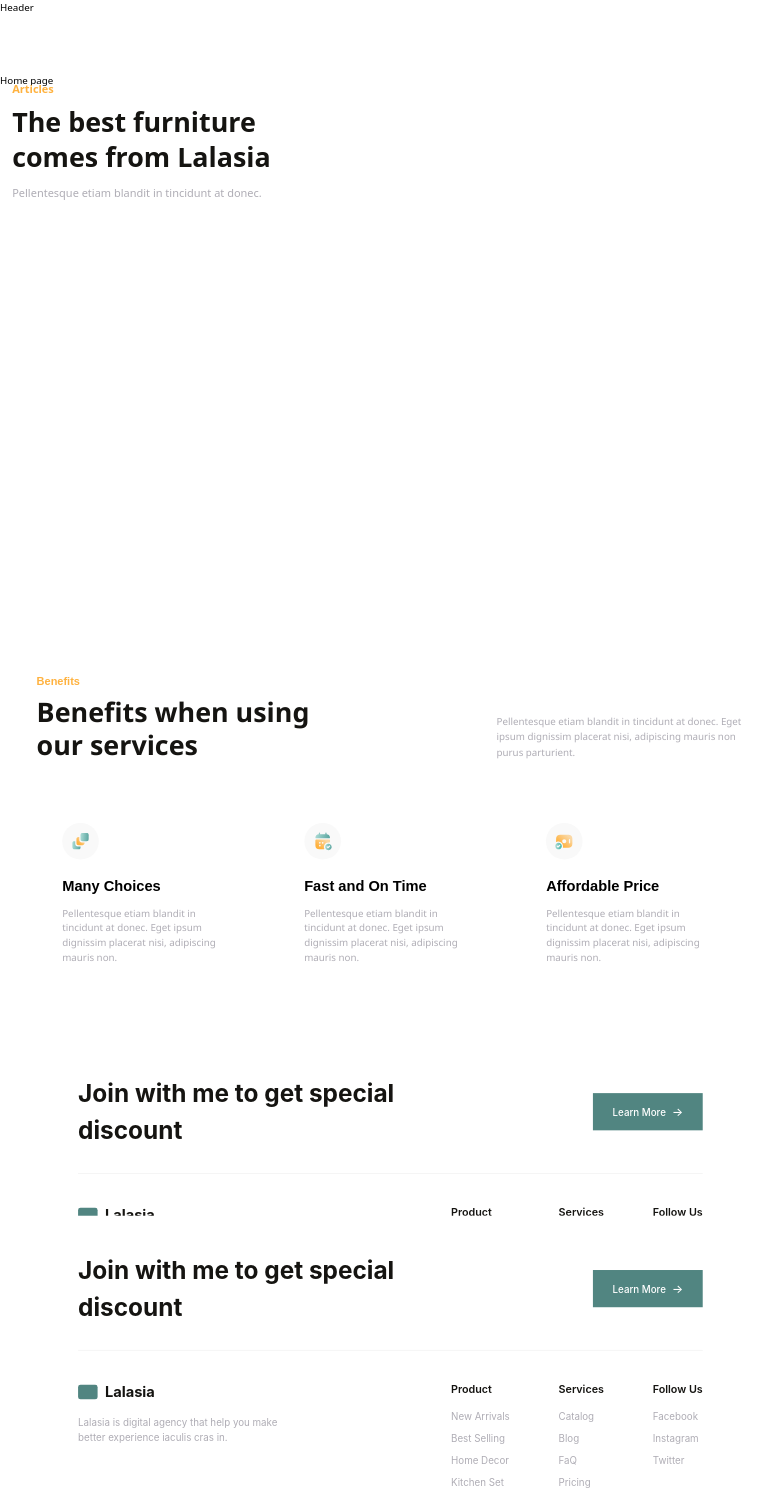
Repository: archis-academy/december-frontend-lalasia-2025
Page: /
These files come from the project's save history. The page is drawn as it stood at one moment and after the next save; the edit follows.
The browser window is 1280 px wide. The pictures show the whole page, at 61% of full size.
The page's requests for data from a server got no answer. Some web fonts or font styles are not loaded; a fallback is used. The project was rebuilt for these pictures with package versions that can differ from the ones it lists, and the page was loaded fresh each time. No one was signed in, and anything a server would have sent is missing. Also part of the build but not shown: vite.config.ts, src/components/Article/ArticleCard.module.scss, src/components/CustomButton/CustomButton.tsx, src/components/Arrow/Arrow.tsx, src/components/Article/ArticleCard.tsx, src/components/TeamSection/TeamSection.module.scss, src/components/TeamSection/TeamSection.tsx, src/pages/AboutUs/AboutUs.tsx and 15 more.

Above is the page before, as saved 2026-01-27 00:07:43.

### index.html
<!doctype html>
<html lang="en">
  <head>
    <meta charset="UTF-8" />
    <meta name="viewport" content="width=device-width, initial-scale=1.0" />
    <title>React at Archis</title>
    <meta name="description" content="React at Archis" />

    <!-- favicons -->
    <link rel="icon" href="/archis-logo.svg" />


    <!-- Fonts  -->
     <link rel="stylesheet" href="https://stijndv.com/fonts/Eudoxus-Sans.css">
    <!-- Open Graph Meta Tags -->
    <!-- Twitter Meta Tags -->
  </head>
  <body>
    <div id="root"></div>
    <script type="module" src="/src/main.tsx"></script>
  </body>
</html>

### src/main.tsx
import { StrictMode } from "react";
import { createRoot } from "react-dom/client";
import { BrowserRouter, Route, Routes } from "react-router";
import Home from "@pages/home/home";
import "@src/main.scss";
import AboutUs from "./pages/AboutUs/AboutUs";
import Article from "./pages/Article/Article";
import Error from "./pages/Error/Error";
import Login from "./pages/Login/Login";
import Products from "./pages/Product/Products";
import ProductDetail from "./pages/ProductDetails/ProductDetail";
import Services from "./pages/Services/Services";
import SignUp from "./pages/SignUp/SignUp";
import MainLayout from "./layouts/MainLayout/MainLayout";
import ArticleDetail from "./pages/ArticleDetail/ArticleDetail";
import AuthLayout from "./layouts/AuthLayout/AuthLayout";



createRoot(document.getElementById("root")!).render(
  <StrictMode>
    <BrowserRouter>
      <Routes>

        {/* MainLayout begin */}
        <Route path="/" element={<MainLayout />}>

          <Route index element={<Home />} />
          <Route path="products" element={<Products />} />
          <Route path="products/:id" element={<ProductDetail />} />
          <Route path="services" element={<Services />} />
          <Route path="articles" element={<Article />} />
          <Route path="articles/:id" element={<ArticleDetail />} />
          <Route path="about-us" element={<AboutUs />} />


        </Route>
        {/* MainLayout end */}

        {/* AuthLayout begin */}
        <Route path="/auth" element={<AuthLayout />}>

          <Route index path="login" element={<Login />} />
          <Route path="signup" element={<SignUp />} />

        </Route>
        {/* Authlayout end */}

        {/* 404 Not Found */}
        <Route path="/*" element={<Error />} />

      </Routes>
    </BrowserRouter>
  </StrictMode>,
);

### src/pages/home/home.tsx

import Benefits from "@/components/welcome/benefitsd";


"use client";

import { useData } from "@/hooks/useData";

import Welcome from "@components/welcome/welcome";
import { use } from "react";
import Article from "@/components/Article/Article.tsx";
import Footer from "@/components/Footer/Footer";


function Home() {

  return <div>Home page




    <Article />
 <Benefits/>
 <Footer/>

  </div>;
}
export default Home;

### src/main.scss
@use './styles/index' as *;

### src/layouts/MainLayout/MainLayout.tsx
import { Outlet } from "react-router";
import styles from "./MainLayout.module.scss";
import Footer from "../../components/Footer/Footer";

export default function MainLayout() {
  return (
    <div className={styles.mainlayout}>
      <header>Header</header>
      <main>
        <Outlet />
      </main>
      <Footer />
    </div>
  );
}

### src/components/welcome/benefitsd.tsx
import React from 'react';
import './Benefits.scss';

interface BenefitCard {
  id: number;
  title: string;
  description: string;
  iconUrl: string;
  isActive?: boolean;
}

const benefitsData: BenefitCard[] = [
  {
    id: 1,
    title: "Many Choices",
    description: "Pellentesque etiam blandit in tincidunt at donec. Eget ipsum dignissim placerat nisi, adipiscing mauris non.",
    iconUrl: "/icons/preview-icon.svg",
  },
  {
    id: 2,
    title: "Fast and On Time",
    description: "Pellentesque etiam blandit in tincidunt at donec. Eget ipsum dignissim placerat nisi, adipiscing mauris non.",
   iconUrl: "/icons/calendar-icon.svg",
  },
  {
    id: 3,
    title: "Affordable Price",
    description: "Pellentesque etiam blandit in tincidunt at donec. Eget ipsum dignissim placerat nisi, adipiscing mauris non.",
    iconUrl: "/icons/camera-icon.svg",
    isActive: true,
  }
];

const Benefits: React.FC = () => {
  return (
    <section className="benefits-section">
      <div className="container">
        <div className="header-wrapper">
          <div className="title-area">
            <span className="subtitle">Benefits</span>
            <h2 className="main-title">Benefits when using our services</h2>
          </div>
          <div className="description-area">
            <p>Pellentesque etiam blandit in tincidunt at donec. Eget ipsum dignissim placerat nisi, adipiscing mauris non purus parturient.</p>
          </div>
        </div>

        <div className="benefits-grid">
          {benefitsData.map((benefit) => (
            <div
              key={benefit.id}
              className={`benefit-card ${benefit.isActive ? 'active' : ''}`}
            >
              <div className="icon-container">

                <img src={benefit.iconUrl} alt={benefit.title} className="benefit-icon" />
              </div>
              <h3>{benefit.title}</h3>
              <p>{benefit.description}</p>
            </div>
          ))}
        </div>
      </div>
    </section>
  );
};

export default Benefits;

### src/components/Article/Article.tsx
import styles from "./Article.module.scss";
import ArticleCard from "./ArticleCard";
import { useEffect, useState } from "react";
import { useData } from "@/hooks/useData";
import type { ArticleCardProps, User } from "@/types/types";

export default function Article() {

    const [slideItems, setSlideItems] = useState<ArticleCardProps[]>([]);
    const { data, isLoading } = useData<ArticleCardProps[]>({ endpoint: "articles" });
    const { data: users } = useData<User[]>({ endpoint: "users" });

    useEffect(() => {
        setSlideItems(data || []);
    }, [data]);


    console.log("data: ", data);
    console.log("users: ", users);

    const handleNext = () => {

        setSlideItems((prev) => {
            const [first, ...rest] = prev;
            return [...rest, first];
        })

    }

    const handlePrev = () => {

        setSlideItems((prev) => {
            const last = prev[prev.length - 1];
            const rest = prev.slice(0, -1);
            return [last, ...rest];

        })
    }

    if (isLoading)
        return <div>Loading..</div>

    return (

        <section className={styles.article}>

            <div className={`${styles.swiper}`}>

                <div className={styles.articleTitleWrapper}>
                    <h5 className={styles.sectionTitle}>Articles</h5>
                    <h2 className={styles.mainTitle}>
                        The best furniture comes from Lalasia
                    </h2>
                    <p className={styles.textContent}>Pellentesque etiam blandit in tincidunt at donec. </p>

                </div>

                <div className={`${styles.swiperWrapper}`}>

                    <div className={`${styles.swiperSlide}`}>
                        {slideItems.slice(0, 4).map((slide) => <ArticleCard
                            key={slide.id}
                            className={styles.slideItem}
                            {...slide}
                            users={users || []}
                            handleNext={handleNext}
                            handlePrev={handlePrev}
                        />
                        )}
                    </div>

                </div>

            </div>

        </section>

    )
}

### src/components/Footer/Footer.tsx
import React from 'react';
import './Footer.scss';

const Footer: React.FC = () => {
  return (
    <footer className="footer-container">
      {/* Üst Kısım: CTA (Call to Action) */}
      <div className="cta-section">
        <h2 className="cta-title">Join with me to get special discount</h2>
        <button className="cta-button">
          Learn More <span className="arrow">→</span>
        </button>
      </div>

      <hr className="divider" />

      {/* Alt Kısım: Linkler ve Logo */}
      <div className="footer-content">
        <div className="brand-section">
          <div className="logo-wrapper">
            <div className="logo-icon"></div> {/* Logo ikonu buraya gelecek */}
            <span className="brand-name">Lalasia</span>
          </div>
          <p className="brand-description">
            Lalasia is digital agency that help you make better experience iaculis cras in.
          </p>
        </div>

        <div className="links-section">
          <div className="link-column">
            <h3>Product</h3>
            <ul>
              <li>New Arrivals</li>
              <li>Best Selling</li>
              <li>Home Decor</li>
              <li>Kitchen Set</li>
            </ul>
          </div>

          <div className="link-column">
            <h3>Services</h3>
            <ul>
              <li>Catalog</li>
              <li>Blog</li>
              <li>FaQ</li>
              <li>Pricing</li>
            </ul>
          </div>

          <div className="link-column">
            <h3>Follow Us</h3>
            <ul>
              <li>Facebook</li>
              <li>Instagram</li>
              <li>Twitter</li>
            </ul>
          </div>
        </div>
      </div>
    </footer>
  );
};

export default Footer;

### src/styles/index.scss
@forward './variables';
@forward './mixins';
@forward './functions';
@forward './reset';

### src/styles/_variables.scss
@use "@styles/_functions.scss" as *;

/*
 * Colors
 */
$white: #ffffff;
$black: #000000;
$paragraph-color: #AFADB5;
$text-color: #151411;
$main-color: #518581;
$secondary-color: #FFB23F;

/*
 * Typography
 */

// Font family
$font-primary: 'Eudoxus Sans', system-ui, -apple-system, sans-serif;

// Base font size
$font-base: pxToRem(16);

// Font weights
$fw-regular: 400;
$fw-medium: 500;
$fw-bold: 700;

/* Headings / H1 - Bold - 64 */
$h1-size: pxToRem(64);
$h1-weight: $fw-bold;
$h1-line-height: 1.1;

/* Headings / H3+ - Bold - 26 */
$h3plus-size: pxToRem(26);
$h3plus-weight: $fw-bold;
$h3plus-line-height: 1.3;

/* Heading / H5 - Bold - 18 */
$h5-size: pxToRem(18);
$h5-weight: $fw-bold;
$h5-line-height: 1.4;

/* Paragraph / P3 - Medium - 18 */
$p3-size: pxToRem(18);
$p3-weight: $fw-medium;
$p3-line-height: 1.6;

/*
 * Breakpoints
 */
$desktop-xxl: pxToRem(1920);
$desktop-xl: pxToRem(1600);
$desktop-l: pxToRem(1440);
$desktop-m: pxToRem(1200);
$desktop-s: pxToRem(1024);
$tablet-l: pxToRem(992);
$tablet-m: pxToRem(768);
$tablet-s: pxToRem(640);
$mobile-l: pxToRem(576);
$mobile-m: pxToRem(480);
$mobile-s: pxToRem(320);


/* container max width */
$container-max-width: 1240px;

### src/styles/_functions.scss
@use "sass:math";

@function pxToRem($size) {
  @return #{math.div($size, 16)}rem;
}

### src/styles/_mixins.scss
@mixin max($screen) {
  @media screen and (max-width: $screen) {
    @content;
  }
}

@mixin min($screen) {
  @media screen and (min-width: $screen) {
    @content;
  }
}



/* Headings */

// @mixin h1 {
//   font-family: $font-primary;
//   font-size: $h1-size;
//   font-weight: $h1-weight;
//   line-height: $h1-line-height;
// }

// @mixin h3plus {
//   font-family: $font-primary;
//   font-size: $h3plus-size;
//   font-weight: $h3plus-weight;
//   line-height: $h3plus-line-height;
// }

// @mixin h5 {
//   font-family: $font-primary;
//   font-size: $h5-size;
//   font-weight: $h5-weight;
//   line-height: $h5-line-height;
// }

// /* Paragraphs */

// @mixin p3 {
//   font-family: $font-primary;
//   font-size: $p3-size;
//   font-weight: $p3-weight;
//   line-height: $p3-line-height;
// }

### src/styles/_reset.scss
@use './variables' as *;

*,
*::before,
*::after {
  margin: 0;
  padding: 0;
  box-sizing: border-box;
}

@media (prefers-reduced-motion: no-preference) {
  html {
    interpolate-size: allow-keywords;
  }
}

body {
  line-height: 1.5;
  font-family: $font-primary, sans-serif;
  -webkit-font-smoothing: antialiased;
}

img,
picture,
video,
canvas,
svg {
  display: block;
  max-width: 100%;
}

input,
button,
textarea,
select {
  font: inherit;
}

p,
h1,
h2,
h3,
h4,
h5,
h6 {
  overflow-wrap: break-word;
}

p {
  text-wrap: pretty;
}

#root,
#__next {
  isolation: isolate;
}

### src/hooks/useData.ts
import { fetcher } from "@/utils/helpers";
import useSWR from "swr";

type useDataProps = {
  endpoint: string;
}

type useDataReturn<T> = {
  data: T | null;
  isLoading: boolean;
  error: string | null;
}


export const useData = <T>({ endpoint }: useDataProps): useDataReturn<T> => {

  const { data, isLoading, error } = useSWR(endpoint, fetcher);

  return { data: data, isLoading: isLoading, error: error };
}

### src/layouts/MainLayout/MainLayout.module.scss
.mainlayout {
    max-width: 1440px;
    width: 100%;
    margin: 0 auto;
    display: flex;
    flex-direction: column;


    header {
        width: 100%;
        height: 120px;
    }

    main {
        flex: 1;
        width: 100%;
    }

    footer {
        width: 100%;
        height: 290px;
    }
}

### src/components/welcome/benefits.scss
@use "@styles/_variables.scss" as *;

.icon-container {
  width: 64px;
  height: 64px;
  background-color: $paragraph-color;
  border-radius: 50%;
  display: flex;
  align-items: center;
  justify-content: center;
  margin-bottom: 24px;

  .benefit-icon {
    width: 32px;
    height: 32px;
    display: block;
    object-fit: contain;
  }
}
.benefits-section {
  padding: 80px 0;
  font-family: 'Segoe UI', Tahoma, Geneva, Verdana, sans-serif;

  .container {
    max-width: 1200px;
    margin: 0 auto;
    padding: 0 20px;
  }


  .header-wrapper {
    display: flex;
    flex-direction: column;
    gap: 20px;
    margin-bottom: 60px;

    @media (min-width: 768px) {
      flex-direction: row;
      justify-content: space-between;
      align-items: flex-end;
    }

    .title-area {
      flex: 1;
      .subtitle {
        color: $secondary-color;
        font-weight: 700;
        font-size: 18px;
        font-family: sans-serif;
        display: block;
        margin-bottom: 10px;
      }
      .main-title {
        font-size: 44px;
        font-weight: 700;
       color:$text-color;
        line-height: 1.2;
        max-width: 450px;
      }
    }

    .description-area {
      flex: 0 0 35%;
      p {
        color: $paragraph-color;
        line-height: 1.6;
        font-size: 16px;
      }
    }
  }


  .benefits-grid {
    display: grid;
    grid-template-columns: 1fr;
    gap: 30px;

    @media (min-width: 768px) {
      grid-template-columns: repeat(3, 1fr);
    }

    .benefit-card {
      background: #fff;
      padding: 40px;
      border-radius: 8px;
      transition: all 0.3s ease;
      border: 2px solid transparent;


      .icon-container {
        width: 60px;
        height: 60px;
        background: #F9F9F9;
        border-radius: 50%;
        display: flex;
        align-items: center;
        justify-content: center;
        font-size: 24px;
        margin-bottom: 25px;
      }

      h3 {
        font-size: 24px;
        font-family: sans-serif;
        font-weight: 700;
        margin-bottom: 15px;
        $black:#000000;
      }

      p {
        color: $paragraph-color;
        line-height: 1.5;
      }





      &:hover {
        transform: translateY(-10px);
        box-shadow: 0 20px 40px rgba(0,0,0,0.08);



      }
    }
  }
}

### src/components/Article/Article.module.scss
@use "/src/styles/variables" as *;
@use "/src/styles/functions" as *;
@use "/src/styles/mixins" as *;

.article {
    margin-inline: auto;
    font-family: $font-primary;
    max-width: $container-max-width;
    margin-block: 20px;
}

.swiper {
    position: relative;

    .articleTitleWrapper {
        display: flex;
        flex-direction: column;
        gap: pxToRem(14);
        max-width: 544px;
        position: absolute;
        margin-top: -30px;
        z-index: 100;
    }

    .sectionTitle {
        font-weight: 700;
        line-height: 1.3;
        letter-spacing: 0;
        color: $secondary-color;
        font-size: clamp(14px, calc((18/1240)*100vw), 18px);
    }

    .mainTitle {
        font-weight: 700;
        line-height: 1.3;
        letter-spacing: 0;
        color: $text-color;
        font-size: clamp(24px, calc((44/1240)*100vw), 44px);
    }

    .textContent {
        font-weight: 500;
        line-height: 1.8;
        letter-spacing: 0;
        color: $paragraph-color;
        font-size: clamp(14px, calc((18/1240)*100vw), 18px);

    }

    .swiperWrapper {
        position: relative;
        height: 840px;
        overflow: hidden;
    }

    .swiperSlide {
        display: grid;
        column-gap: 50px;
        row-gap: 30px;
        grid-template-columns: 1fr auto;
    }

}

@include max($desktop-s) {

    .article {
        padding-inline: pxToRem(24);
    }

    .swiper {
        .articleTitleWrapper {
            position: relative;
            margin-top: 0;
            z-index: inherit;
            max-width: 100%;
            margin-bottom: 30px;
        }

        .swiperWrapper {
            height: fit-content;
        }

        .swiperSlide {
            grid-template-columns: 1fr;
            place-items: center;
        }
    }

}

@include max($tablet-m) {
    .directionButtons {
        display: none;
    }
}

### src/utils/helpers.ts
import type { Basket } from "@/types/types";

const baseURL = "https://674895ea5801f515359188c9.mockapi.io/api/lalasia"

export const fetcher = async (endpoint: string) => {
  const response = await fetch(`${baseURL}/${endpoint}`);
  if (!response.ok) {
    throw new Error(`HTTP error! status: ${response.status}`);
  }
  return response.json();
}

// set a value into localstorage
export const setColorStorage = (key: string, value: string): void => {
  if (!localStorage.getItem(key)) {
    localStorage.setItem(key, value);
    return;
  }
  localStorage.setItem(key, value);
}

// add a product into localstorage
export const setBasketStorage = (key: string, value: Basket[]): void => {
  if (!localStorage.getItem(key)) {
    const basket: Basket[] = [];
    localStorage.setItem(key, JSON.stringify(basket));
    return;
  }
  localStorage.setItem(key, JSON.stringify(value));
}

// get all products from inside the basket
export const getBasket = (): [] => {

  const basket = localStorage.getItem('basket');
  return basket !== null ? JSON.parse(basket) : [];

}

Loaded but not shown: src/components/Footer/Footer.scss (146 lines, source omitted)

After the next save:
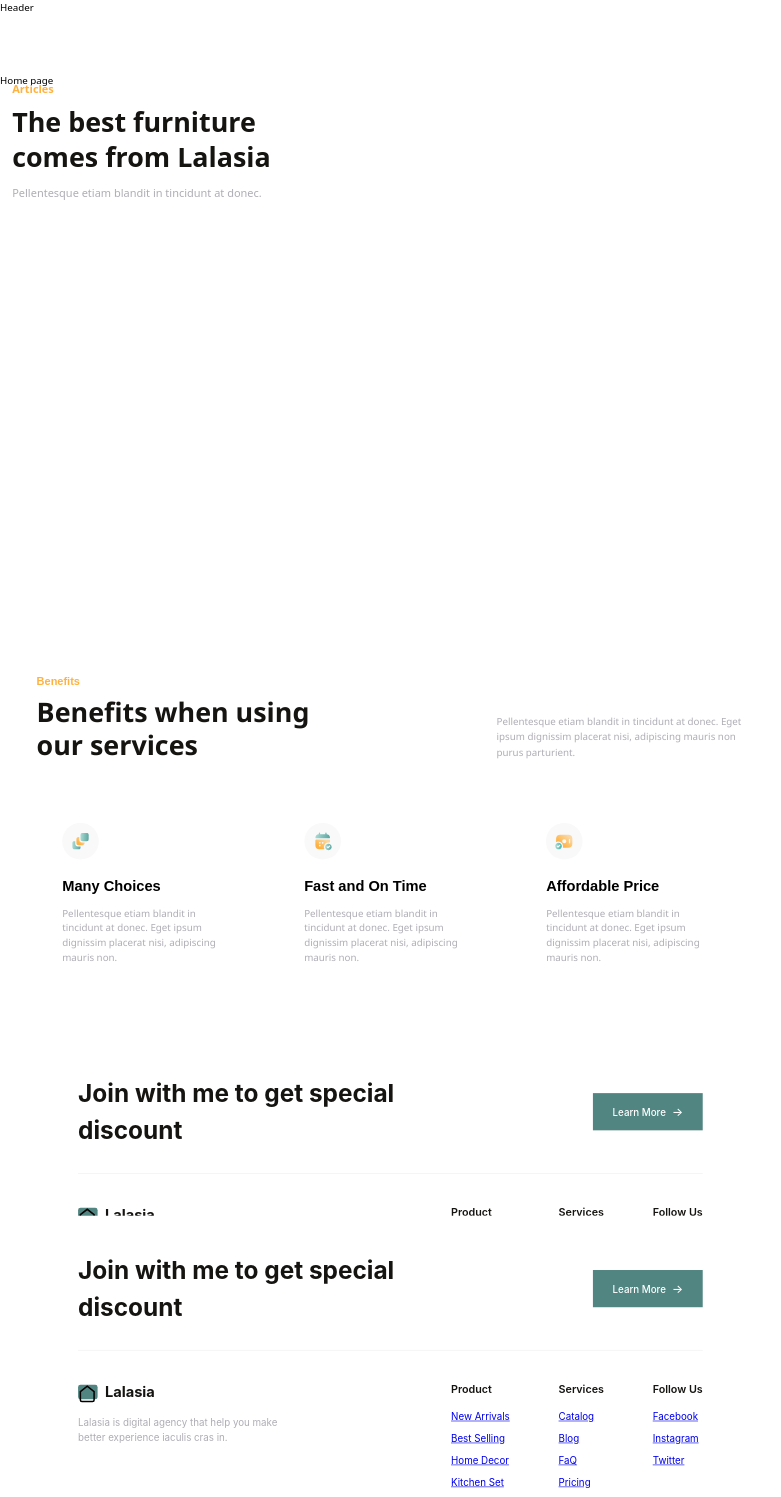
Saved 100 s later.
--- a/src/components/Footer/Footer.tsx
+++ b/src/components/Footer/Footer.tsx
@@ -2,23 +2,38 @@ import React from 'react';
 import './Footer.scss';
 
 const Footer: React.FC = () => {
+  // Butona tıklandığında çalışacak fonksiyon
+  const handleLearnMore = () => {
+    alert("Yönlendiriliyorsunuz...");
+    // window.location.href = "/details"; // Gerçek bir yönlendirme için
+  };
+
   return (
     <footer className="footer-container">
-      {/* Üst Kısım: CTA (Call to Action) */}
       <div className="cta-section">
         <h2 className="cta-title">Join with me to get special discount</h2>
-        <button className="cta-button">
+
+        {/* Tıklanabilir Buton */}
+        <button
+          className="cta-button"
+          onClick={handleLearnMore}
+          aria-label="Learn more about discounts"
+        >
           Learn More <span className="arrow">→</span>
         </button>
       </div>
 
       <hr className="divider" />
 
-      {/* Alt Kısım: Linkler ve Logo */}
       <div className="footer-content">
         <div className="brand-section">
           <div className="logo-wrapper">
-            <div className="logo-icon"></div> {/* Logo ikonu buraya gelecek */}
+             <div className="logo-icon">
+                {/* Basit bir SVG logo temsili */}
+                <svg width="30" height="30" viewBox="0 0 24 24" fill="none" stroke="currentColor" strokeWidth="2">
+                  <path d="M3 9l9-7 9 7v11a2 2 0 0 1-2 2H5a2 2 0 0 1-2-2z" />
+                </svg>
+             </div>
             <span className="brand-name">Lalasia</span>
           </div>
           <p className="brand-description">
@@ -27,32 +42,31 @@ const Footer: React.FC = () => {
         </div>
 
         <div className="links-section">
+          {/* Linkleri bir dizi olarak map'lemek daha temizdir */}
           <div className="link-column">
             <h3>Product</h3>
             <ul>
-              <li>New Arrivals</li>
-              <li>Best Selling</li>
-              <li>Home Decor</li>
-              <li>Kitchen Set</li>
+              {["New Arrivals", "Best Selling", "Home Decor", "Kitchen Set"].map(item => (
+                <li key={item}><a href={`#${item}`}>{item}</a></li>
+              ))}
             </ul>
           </div>
 
           <div className="link-column">
             <h3>Services</h3>
             <ul>
-              <li>Catalog</li>
-              <li>Blog</li>
-              <li>FaQ</li>
-              <li>Pricing</li>
+              {["Catalog", "Blog", "FaQ", "Pricing"].map(item => (
+                <li key={item}><a href={`#${item}`}>{item}</a></li>
+              ))}
             </ul>
           </div>
 
           <div className="link-column">
             <h3>Follow Us</h3>
             <ul>
-              <li>Facebook</li>
-              <li>Instagram</li>
-              <li>Twitter</li>
+              {["Facebook", "Instagram", "Twitter"].map(item => (
+                <li key={item}><a href={`#${item}`}>{item}</a></li>
+              ))}
             </ul>
           </div>
         </div>
